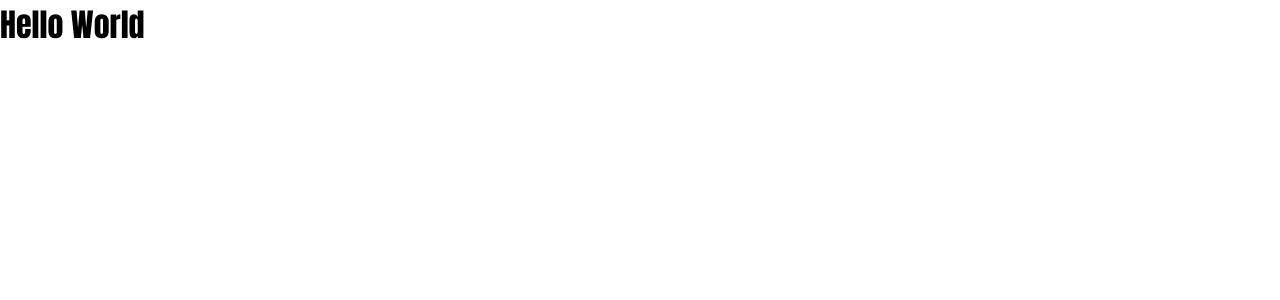
Repository: WelyntonRenan/buscador-cep
Page: / (app in buscador/)
An editor plug-in stored every save of this project. The page is shown before and after the next save, followed by the edit.
The browser window is 1280 px wide. The pictures show the whole page.
The project was rebuilt for these pictures with package versions that can differ from the ones it lists, and the page was loaded fresh each time.

Above is the page before, as saved 2022-11-13 23:08:28.

### buscador/public/index.html
<!DOCTYPE html>
<html lang="en">

<head>
  <meta charset="utf-8" />
  <link rel="icon" href="%PUBLIC_URL%/favicon.ico" />
  <meta name="viewport" content="width=device-width, initial-scale=1" />
  <meta name="theme-color" content="#000000" />
  <meta name="description" content="Web site created using create-react-app" />
  <link rel="apple-touch-icon" href="%PUBLIC_URL%/logo192.png" />
  <!--
      manifest.json provides metadata used when your web app is installed on a
      user's mobile device or desktop. See https://developers.google.com/web/fundamentals/web-app-manifest/
    -->
  <link rel="manifest" href="%PUBLIC_URL%/manifest.json" />
  <!--
      Notice the use of %PUBLIC_URL% in the tags above.
      It will be replaced with the URL of the `public` folder during the build.
      Only files inside the `public` folder can be referenced from the HTML.

      Unlike "/favicon.ico" or "favicon.ico", "%PUBLIC_URL%/favicon.ico" will
      work correctly both with client-side routing and a non-root public URL.
      Learn how to configure a non-root public URL by running `npm run build`.
    -->
  <title>Buscador</title>
</head>

<body>
  <noscript>You need to enable JavaScript to run this app.</noscript>
  <div id="root"></div>
  <!--
      This HTML file is a template.
      If you open it directly in the browser, you will see an empty page.

      You can add webfonts, meta tags, or analytics to this file.
      The build step will place the bundled scripts into the <body> tag.

      To begin the development, run `npm start` or `yarn start`.
      To create a production bundle, use `npm run build` or `yarn build`.
    -->
</body>

</html>

### buscador/src/index.css
* {
  margin: 0;
  padding: 0;
  font-family: Impact, Haettenschweiler, 'Arial Narrow Bold', sans-serif;
}

Loaded but not shown: buscador/src/index.js (common file); buscador/src/App.js (common file)

After the next save:
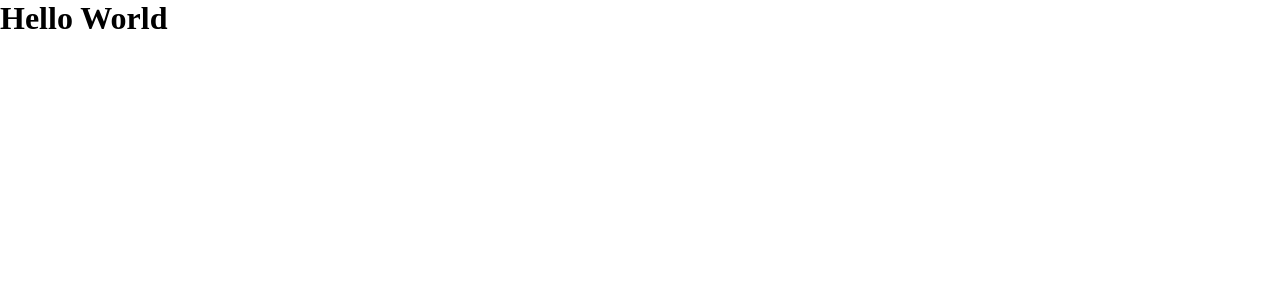
Saved 31 s later.
--- a/buscador/src/index.css
+++ b/buscador/src/index.css
@@ -1,5 +1,5 @@
 * {
   margin: 0;
   padding: 0;
-  font-family: Impact, Haettenschweiler, 'Arial Narrow Bold', sans-serif;
+  font-family: ubuntu;
 }
